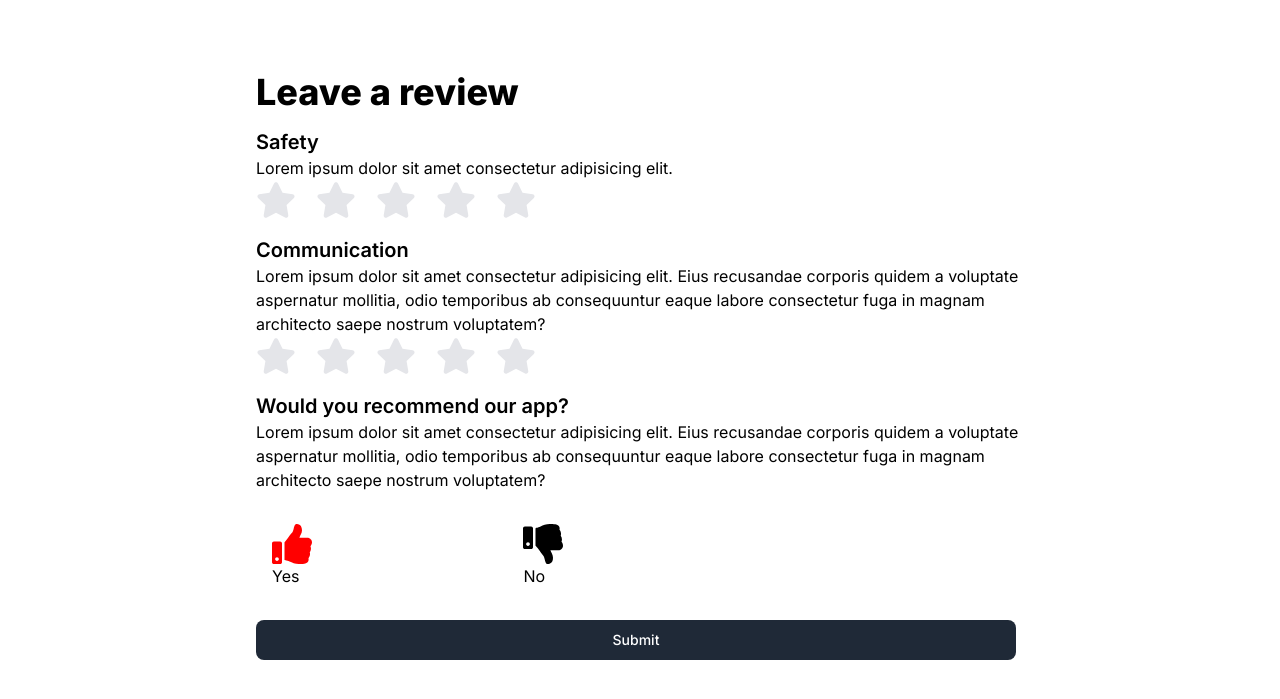
Repository: akankshaajoshi/review-form
Page: /review
These files come from the project's save history. The page is drawn as it stood at one moment and after the next save; the edit follows.
The browser window is 1280 px wide. The pictures show the whole page.
The project was rebuilt for these pictures with package versions that can differ from the ones it lists, and the page was loaded fresh each time. The framework's server and built-in components were replaced by stand-ins that run in the browser. Also part of the build but not shown: next.config.mjs.

Above is the page before, as saved 2024-05-25 13:32:18.

After the next save:
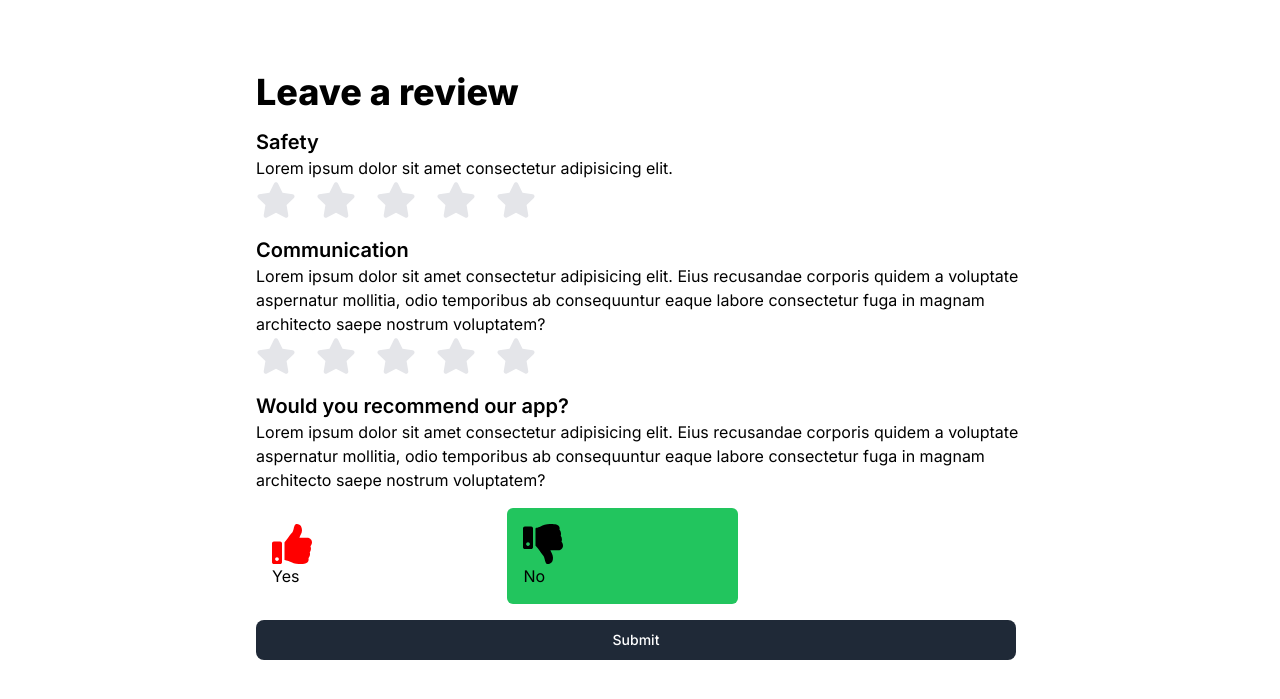
Saved 17 s later.
--- a/app/_components/TrueOrFalse/index.tsx
+++ b/app/_components/TrueOrFalse/index.tsx
@@ -21,7 +21,7 @@
             ></FaThumbsUp>
             Yes
           </label>
-          <label className={`w-[30%] rounded-md mr-[5px] p-4 bg-${selected==='false'?  "#00ff00": "#ff0000" }`}>
+          <label className={`w-[30%] rounded-md mr-[5px] p-4 bg-${selected==='false'?  "red": "green" }-500`}>
             <input type="radio" name={name}
             className="hidden"
             value="false"

After the save that followed:
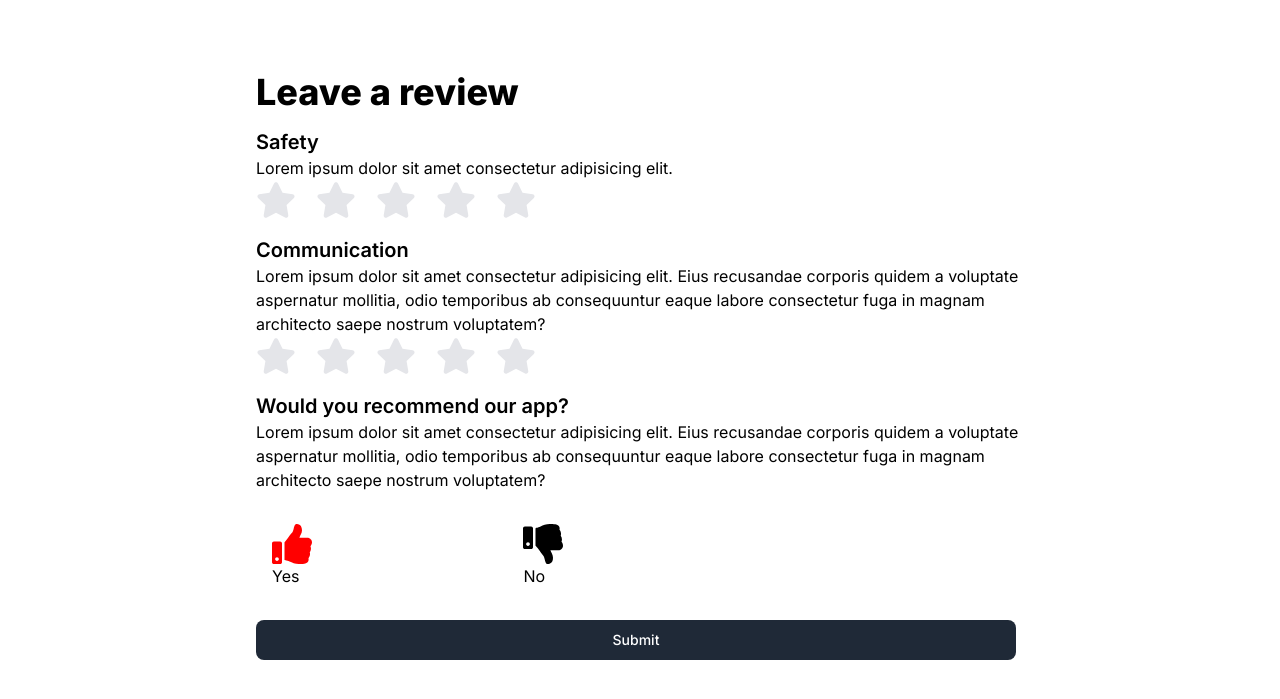
Saved 21 s later.
--- a/app/_components/TrueOrFalse/index.tsx
+++ b/app/_components/TrueOrFalse/index.tsx
@@ -21,7 +21,7 @@
             ></FaThumbsUp>
             Yes
           </label>
-          <label className={`w-[30%] rounded-md mr-[5px] p-4 bg-${selected==='false'?  "red": "green" }-500`}>
+          <label className={`w-[30%] rounded-md mr-[5px] p-4 bg-${selected==='false'?  "red": "white" }-500`}>
             <input type="radio" name={name}
             className="hidden"
             value="false"
